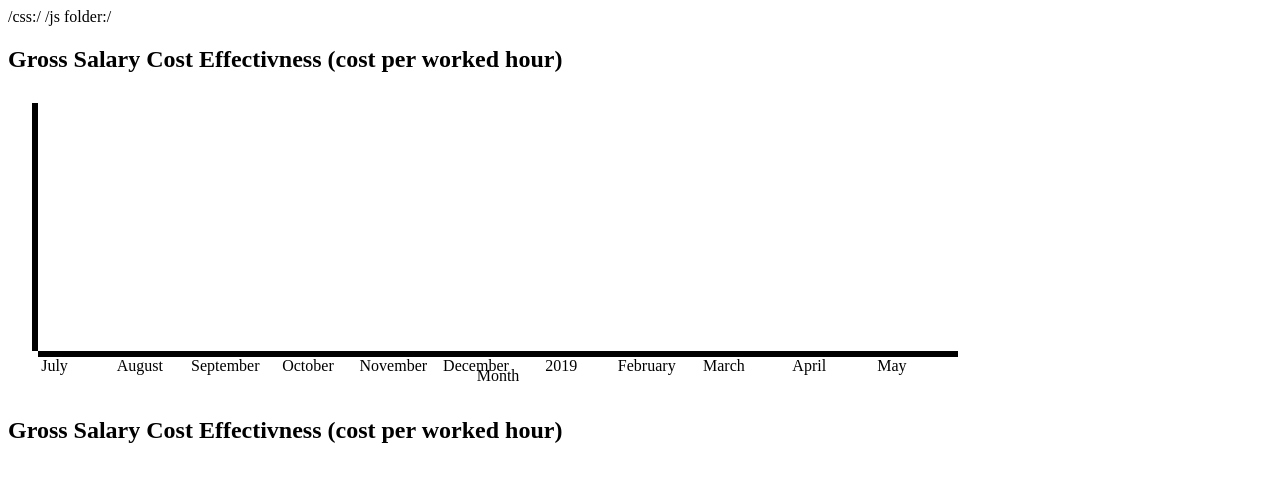
Repository: Code-Institute-Submissions/danfiliphoff-Milestoneproject-2
Page: payroll.data.html
The author's editor kept a record of every edit. The page is drawn from the files as they stood at one moment, then again after the next edit.
The browser window is 1280 px wide. The pictures show the whole page.

Above is the page before.

After the next edit:
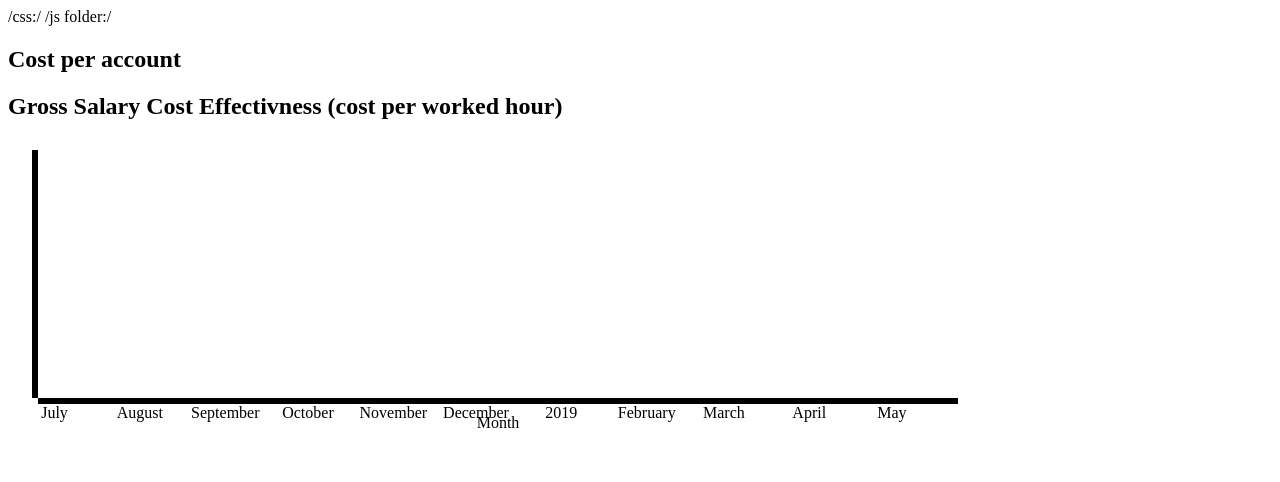
The edit:
--- a/payroll.data.html
+++ b/payroll.data.html
@@ -25,8 +25,8 @@
     <div>
         <!--*****Pie Chart******-->
         <div>
-            <h2>Gross Salary Cost Effectivness (cost per worked hour)</h2>
-            <div id="Gross-salary-cost-effectivness"></div>
+            <h2>Cost per account</h2>
+            <div id="cost-per-account"></div>
         </div>
         <!--*****Line Chart******-->
         <div>
